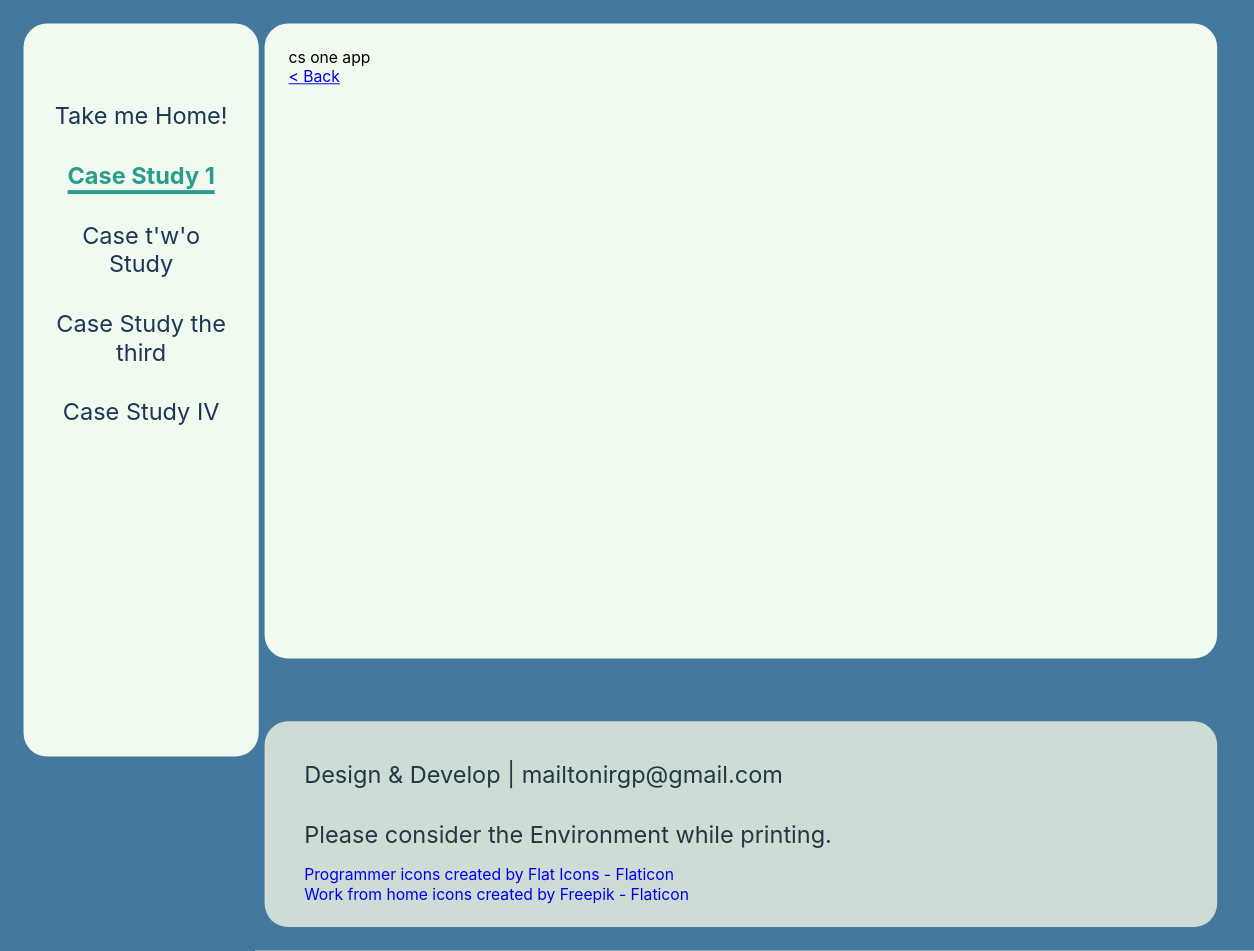
Repository: niranjangp/portfolioReact
Page: /cs-one
The author's editor kept a copy of each file at every save. The page is drawn from the files as they stood at one save, then again after the next save.
The browser window is 1280 px wide. The pictures show the whole page, at 98% of full size.
The project was rebuilt for these pictures with package versions that can differ from the ones it lists, and the page was loaded fresh each time. Also part of the build but not shown: src/pages/enterDesign.jsx, src/pages/notFound.jsx.

Above is the page before, as saved 2022-02-01 01:35:35.

After the next save:
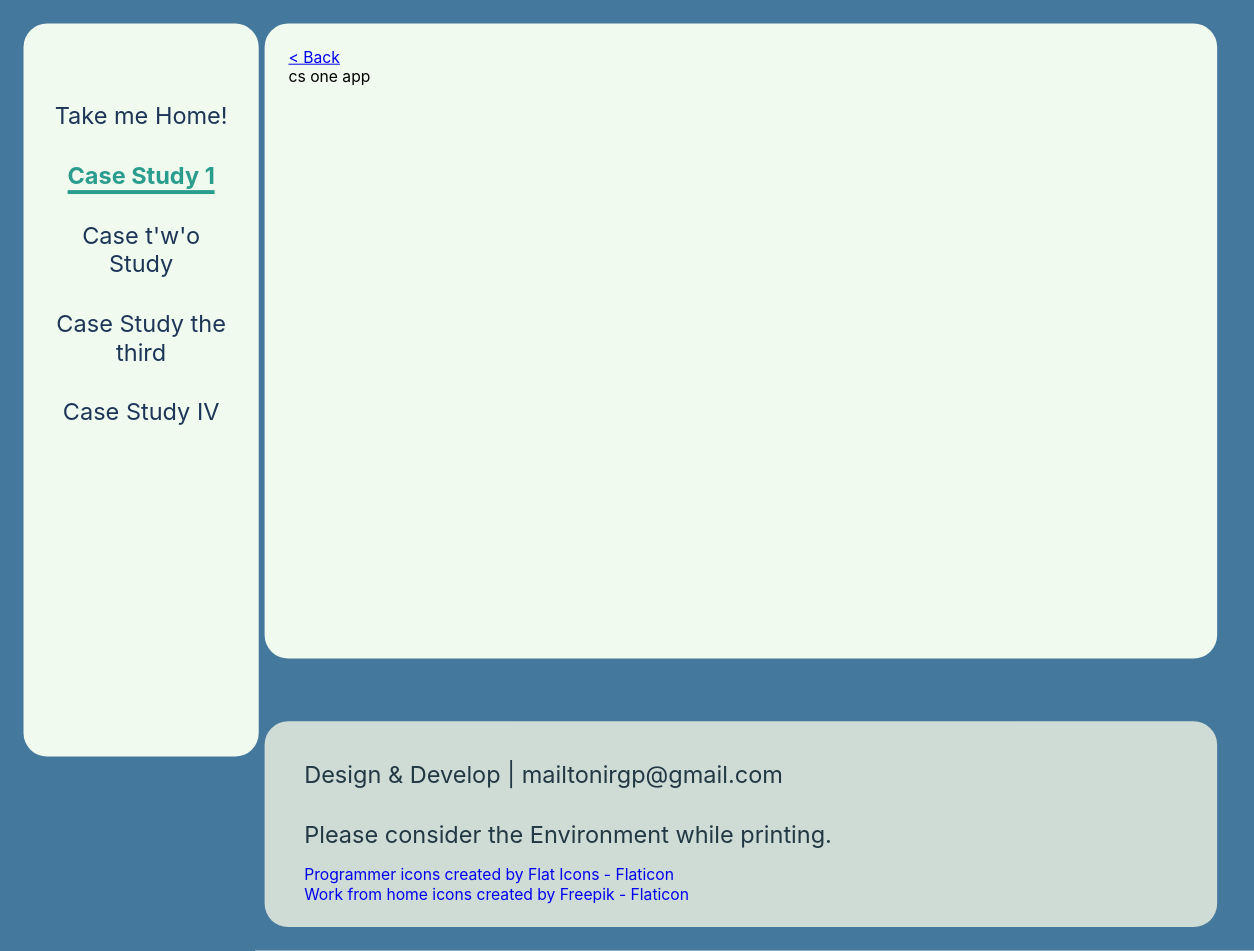
Saved 7 min 29 s later.
--- a/src/pages/csOne.jsx
+++ b/src/pages/csOne.jsx
@@ -4,8 +4,8 @@ import { Link } from 'react-router-dom';
 const csOne = () => {
   return (
     <div className='csOne'>
+      <div className="backLink"><Link to="/enter-the-design">{'< Back'}</Link></div>
       <div>cs one app</div>
-      <div><Link to="/enter-the-design">{'< Back'}</Link></div>
     </div>
   )
 };
